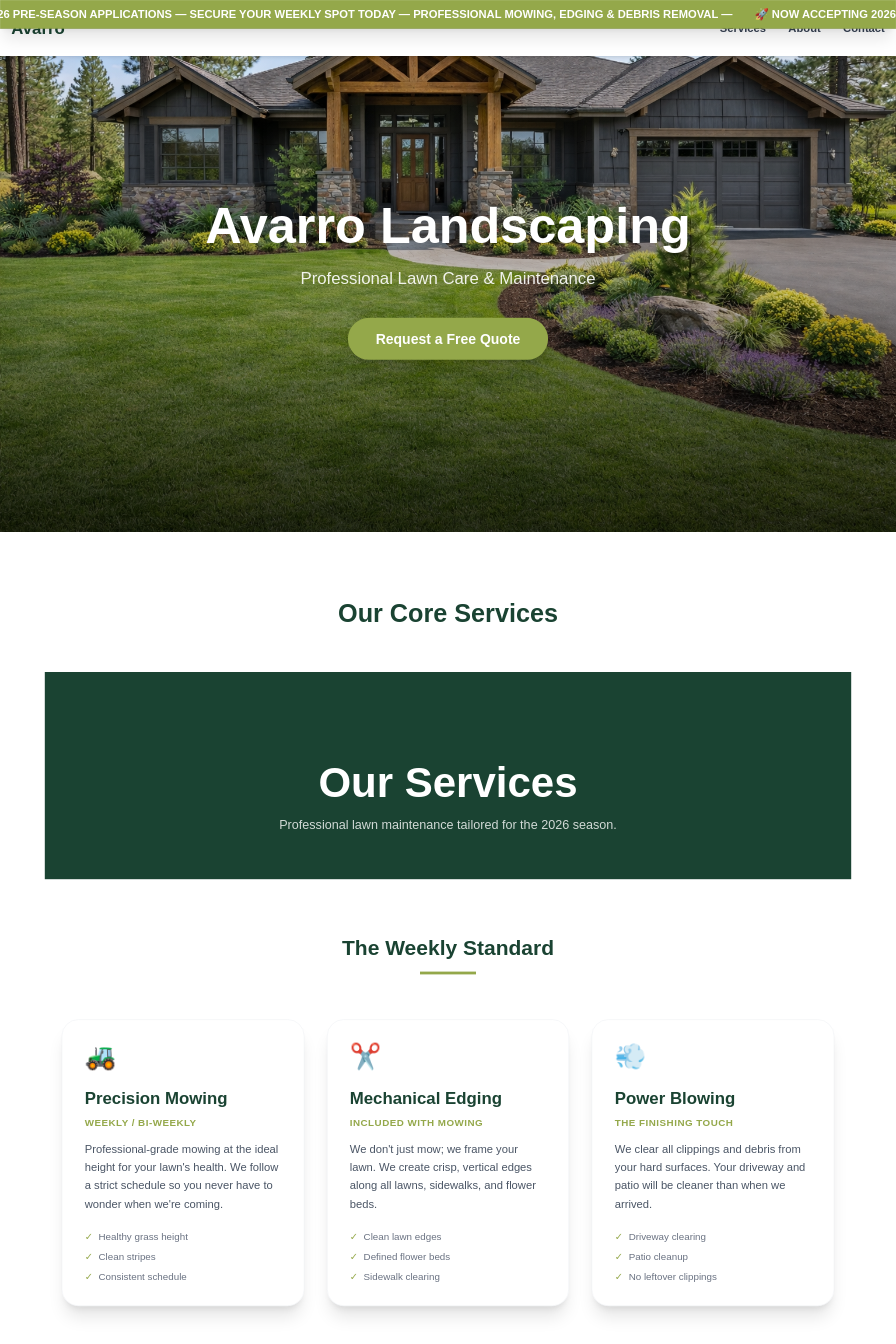
Repository: KalebMalone/Avarro
Page: /
These files come from the project's save history. The page is drawn as it stood at one moment and after the next save; the edit follows.
The browser window is 1280 px wide. The pictures show the part of the page from y = 0 to 1920 px (the page is 4283 px tall before and 4347 px after), at 70% of full size.
The project was rebuilt for these pictures with package versions that can differ from the ones it lists, and the page was loaded fresh each time. Also part of the build but not shown: vite.config.js, src/pages/ServicesPage.jsx, src/pages/About.jsx, src/pages/Contact.jsx.

Above is the page before, as saved 2026-01-28 16:35:21.

After the next save:
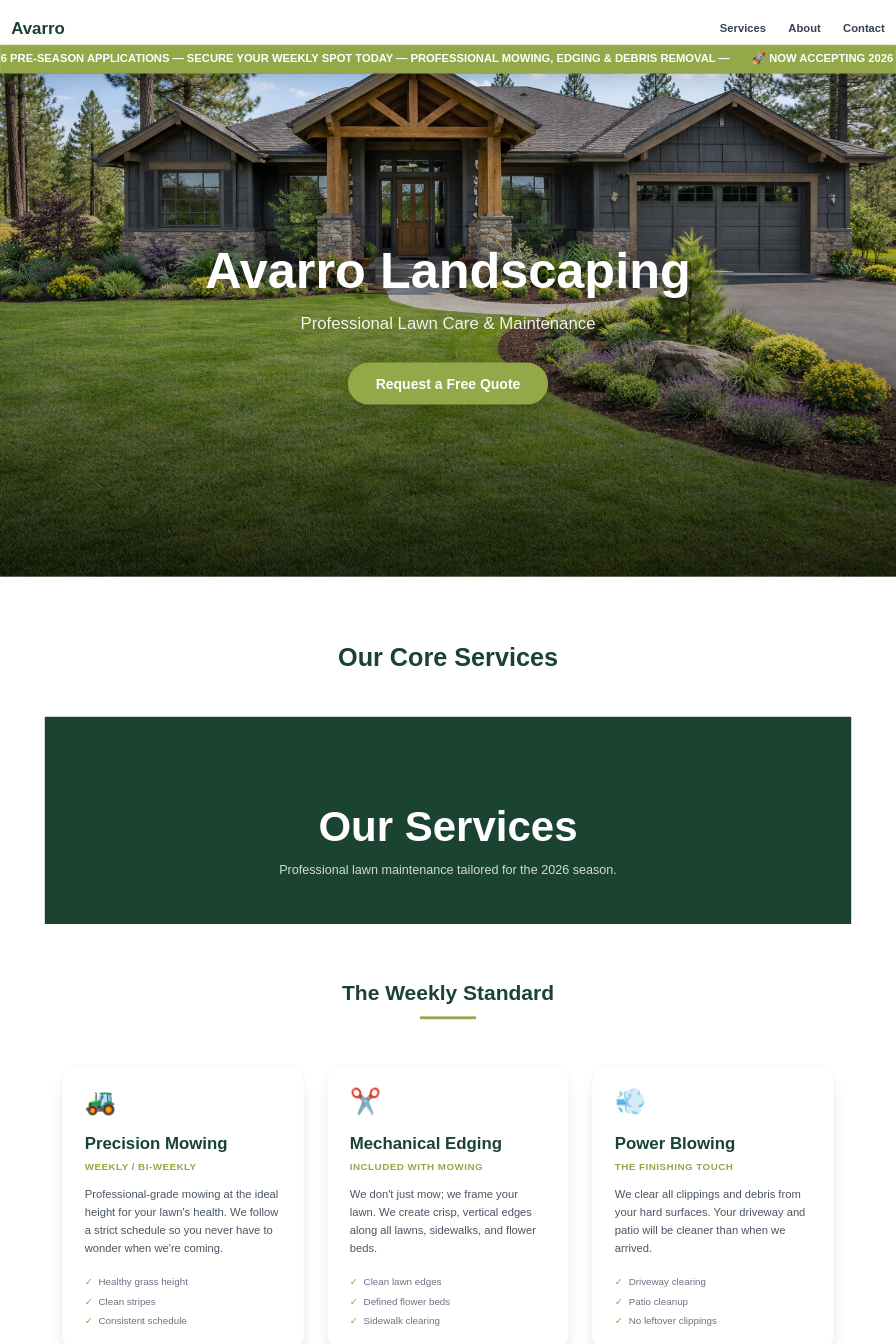
Saved 41 s later.
--- a/src/pages/Home.jsx
+++ b/src/pages/Home.jsx
@@ -5,10 +5,12 @@
 export default function Home() {
     return (
         <div className="bg-white">
-            {/* FIXED INFINITE BANNER */}
-            <div className="fixed top-0 left-0 w-full z-[1000] bg-[#94a84a] text-white py-2 shadow-xl marquee-container border-b border-black/10">
+            {/* FIXED INFINITE BANNER
+                Note: top-[64px] pushes it below a standard Navbar.
+                If your nav is taller, change this number (e.g., top-[80px]).
+            */}
+            <div className="fixed top-[64px] left-0 w-full z-[999] bg-[#94a84a] text-white py-2 shadow-xl marquee-container border-b border-black/10">
                 <div className="animate-marquee-custom">
-                    {/* Triple the text for a seamless loop */}
                     <span className="text-sm md:text-base font-bold px-4">
                         🚀 NOW ACCEPTING 2026 PRE-SEASON APPLICATIONS — SECURE YOUR WEEKLY SPOT TODAY — PROFESSIONAL MOWING, EDGING & DEBRIS REMOVAL —
                     </span>
@@ -21,8 +23,8 @@
                 </div>
             </div>
 
-            {/* Spacer to account for the fixed banner height */}
-            <div className="h-[40px]"></div>
+            {/* Added a larger spacer so the banner doesn't hide the top of the Hero */}
+            <div className="h-[104px]"></div>
 
             <Hero />
 
@@ -54,7 +56,7 @@
             {/* The Avarro Standard */}
             <section className="py-24 bg-gray-50">
                 <div className="max-w-6xl mx-auto px-6 text-center">
-                    <h2 className="text-3xl md:text-4xl font-extrabold text-[#1a4332] mb-16 text-center">
+                    <h2 className="text-3xl md:text-4xl font-extrabold text-[#1a4332] mb-16">
                         The Avarro Standard
                     </h2>
                     <div className="grid grid-cols-1 sm:grid-cols-2 lg:grid-cols-4 gap-8">
